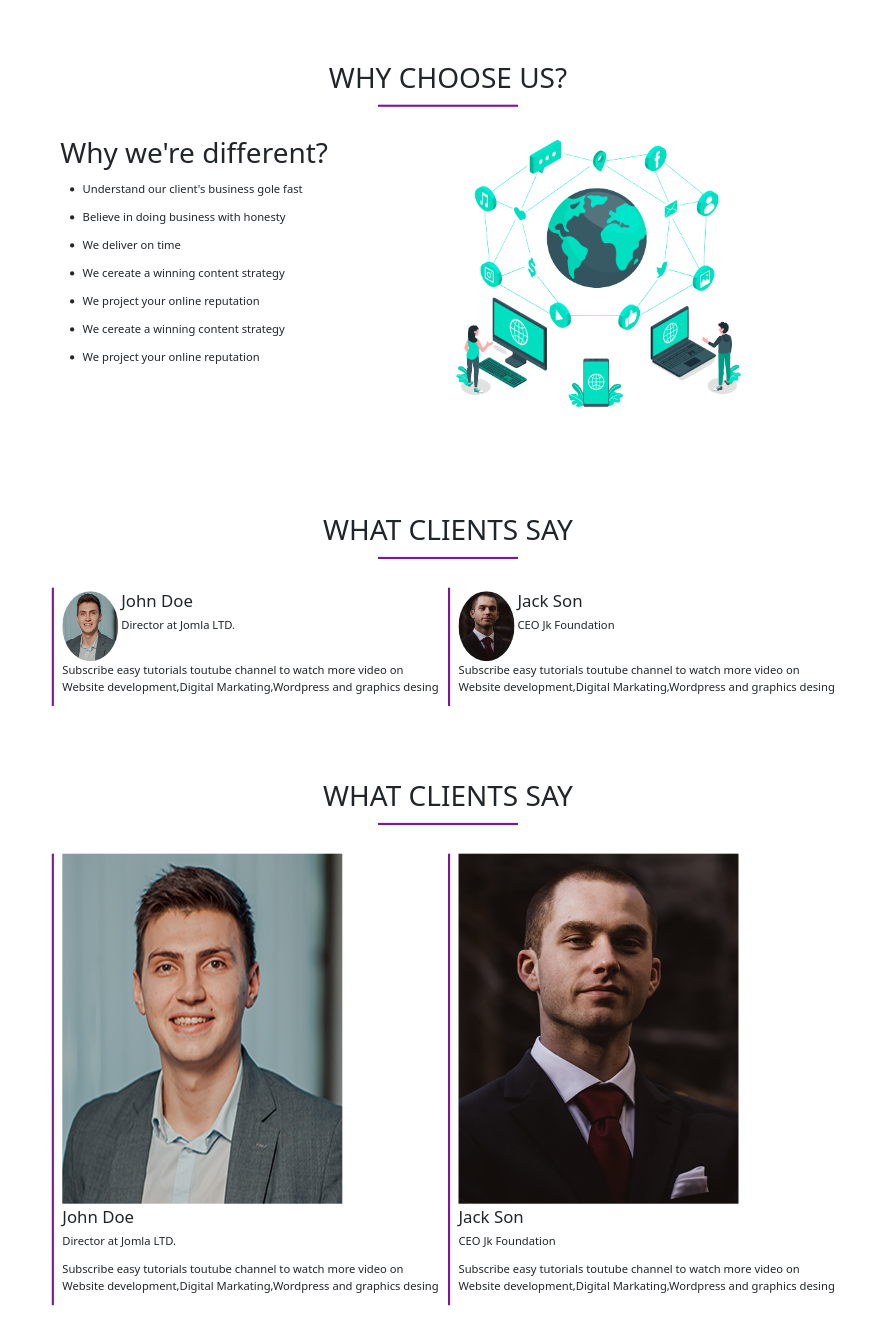
Repository: zjria/PSD-to-HTML-DIGITAL-AGENCY
Page: index.html
The author's editor kept a copy of each file at every save. The page is drawn from the files as they stood at one save, then again after the next save.
The browser window is 1280 px wide. The pictures show the part of the page from y = 1022 to 2942 px (the page is 2942 px tall), at 70% of full size.
Some web libraries are served in a nearby version.

Above is the page before, as saved 2022-05-11 09:27:45.

After the next save:
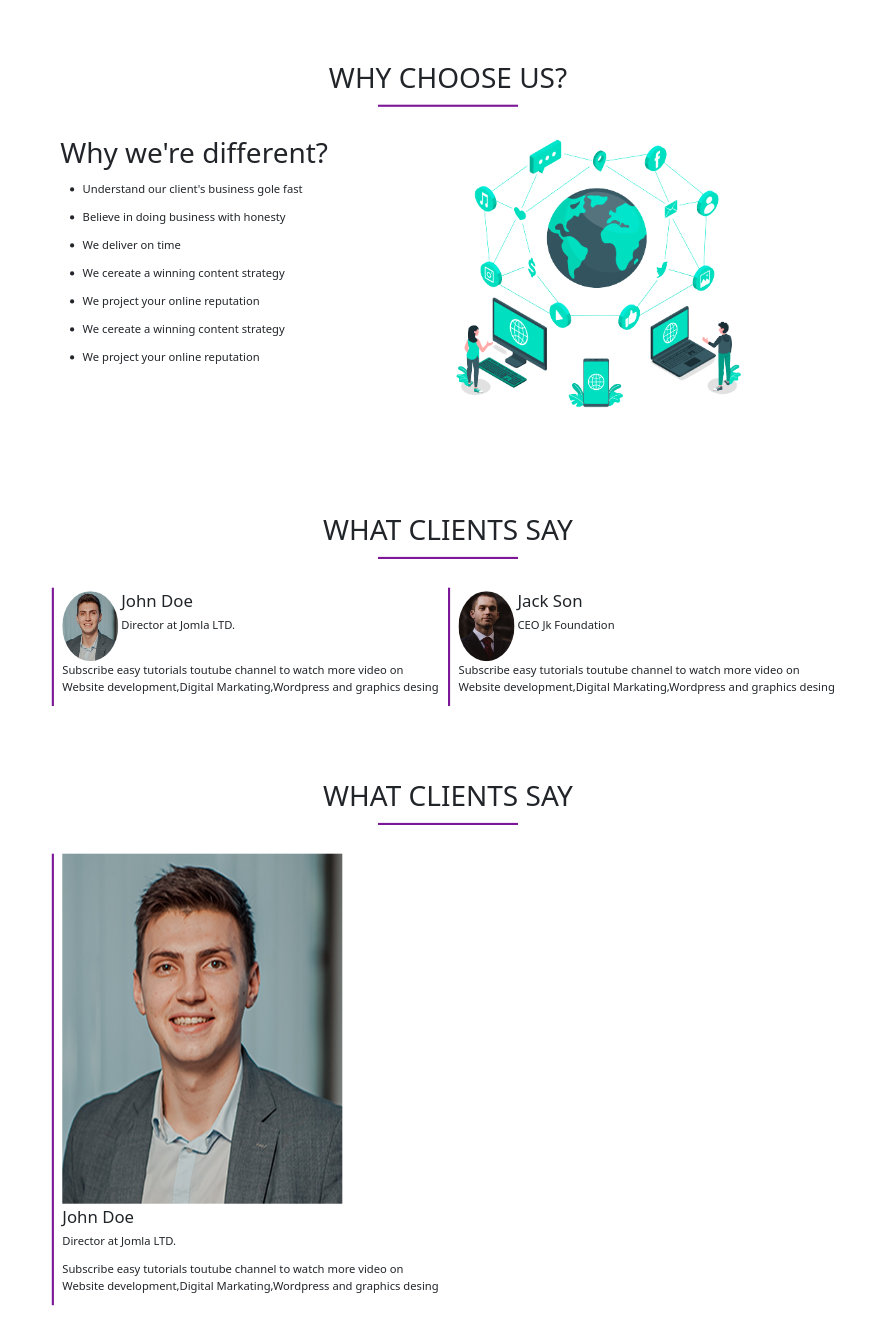
Saved 92 s later.
--- a/index.html
+++ b/index.html
@@ -173,15 +173,6 @@
             <p>
               Subscribe easy tutorials toutube channel to watch more video on Website development,Digital Markating,Wordpress and graphics desing</p>
           </div>
-          <div class="col-12 col-md-6 mb-2 cline-div-style">
-            <img src="img/man-2.png" alt="" class="img-fluid">
-            <span class="d-inline-block mt-1">
-              <h4>Jack Son</h4>
-              <p>CEO Jk Foundation</p>
-            </span>
-            <p>
-              Subscribe easy tutorials toutube channel to watch more video on Website development,Digital Markating,Wordpress and graphics desing</p>
-          </div>
         </div>
       </div>
     </section>
